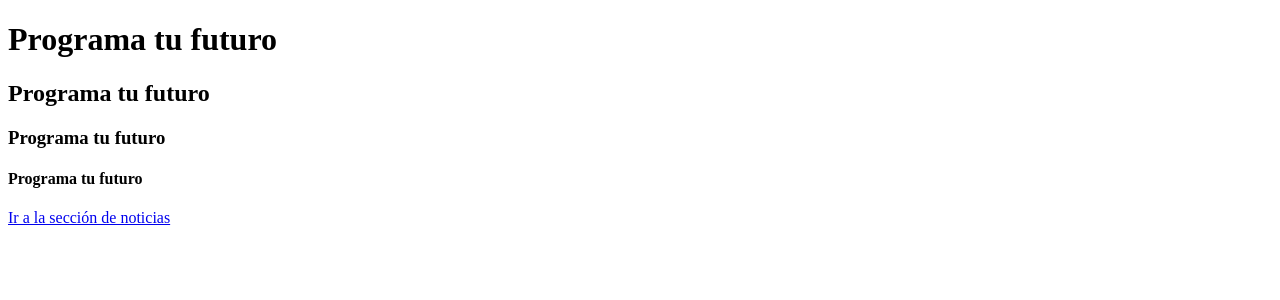
Repository: keanzato/Workspace
Page: login-web-app/src/main/webapp/index.html
These files come from the project's save history. The page is drawn as it stood at one moment and after the next save; the edit follows.
The browser window is 1280 px wide. The pictures show the whole page.

Above is the page before, as saved 2016-06-20 16:21:41.

After the next save:
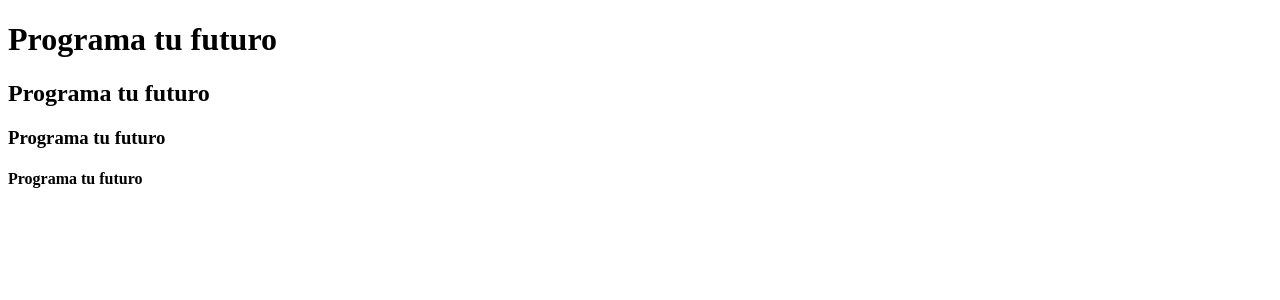
Saved 18 s later.
--- a/login-web-app/src/main/webapp/index.html
+++ b/login-web-app/src/main/webapp/index.html
@@ -11,7 +11,7 @@
 		<h2>Programa tu futuro</h2>
 		<h3>Programa tu futuro</h3>
 		<h4>Programa tu futuro</h4>
-		<div id="pagelet_bluebar" data-referrer="pagelet_bluebar"><div id="blueBarDOMInspector" class="_21dp"><div class="_2t-8 _1s4v _2s1x"><div class="_2t-a _26aw _50ti _2s1y" role="banner"><div class="_2t-a _50tj"><div class="_2t-a _4pmj _2t-d _50tk"><a class="accessible_elem skipto" href="#newsFeedHeading" target="newsFeedHeading" id="u_0_1">Ir a la sección de noticias</a>
+
 		<p></p>
 	</body>
 </html>
